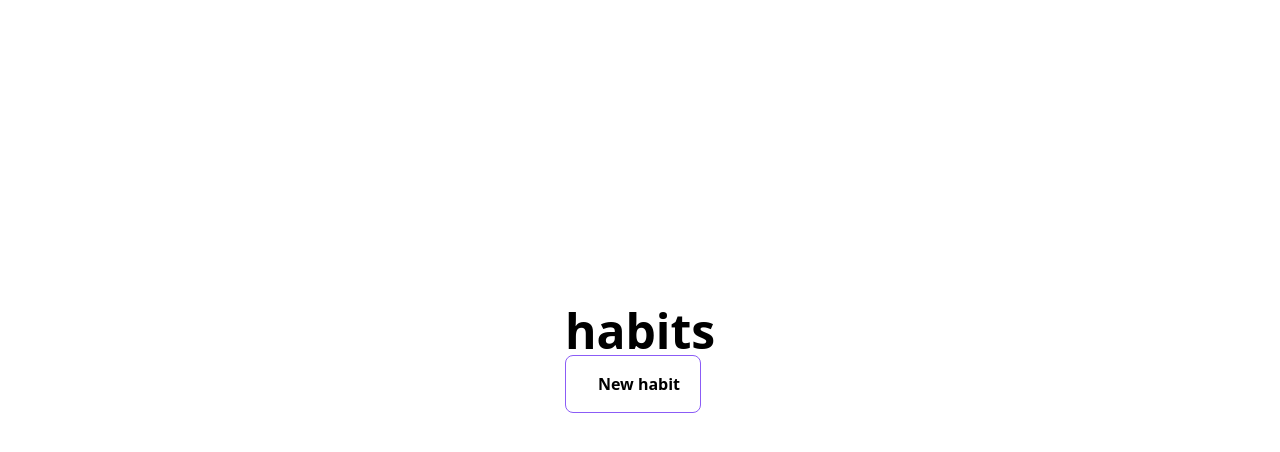
Repository: LuisSempre/nlw-setup-2023
Page: /
An editor plug-in stored every save of this project. The page is shown before and after the next save, followed by the edit.
The browser window is 1280 px wide. The pictures show the whole page.
The project was rebuilt for these pictures with package versions that can differ from the ones it lists, and the page was loaded fresh each time. Also part of the build but not shown: vite.config.ts.

Above is the page before, as saved 2023-01-17 23:22:53.

After the next save:
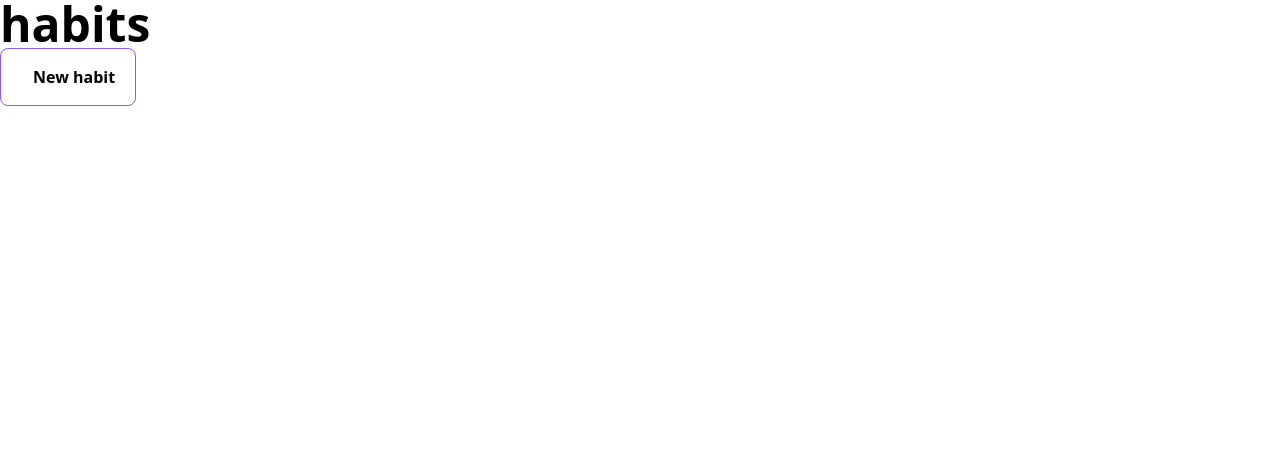
Saved 26 s later.
--- a/src/App.vue
+++ b/src/App.vue
@@ -3,9 +3,7 @@
 </script>
 
 <template>
-  <div
-    class="flex items-center justify-center max-w-3xl mx-auto h-screen w-full"
-  >
+  <div class="flex flex-col">
     <Tracker />
   </div>
 </template>
